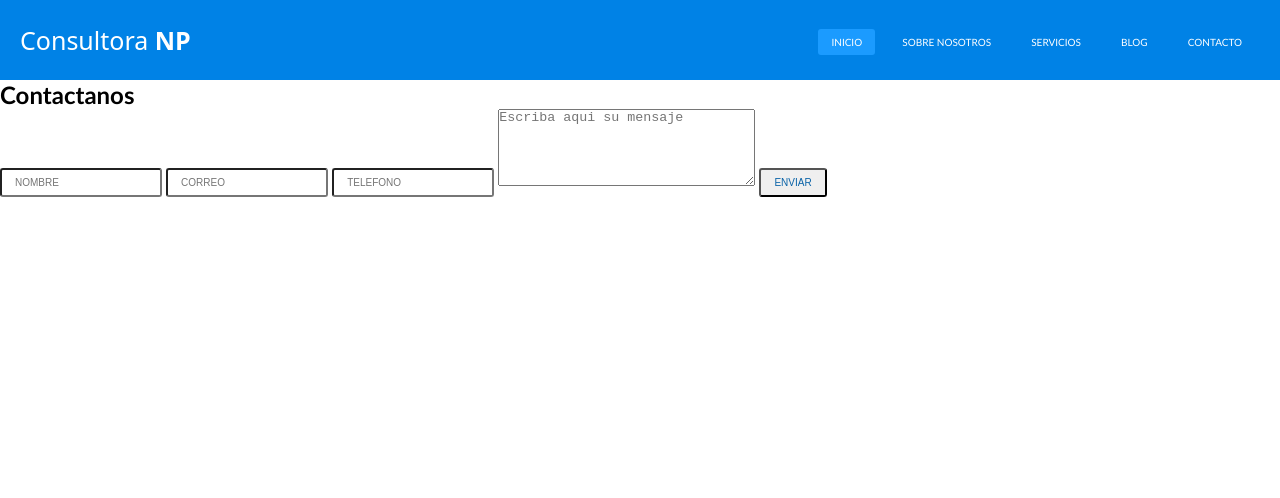
Repository: Batu120/pre-entrega2
Page: HTML/Contacto.html
The author's editor kept a copy of each file at every save. The page is drawn from the files as they stood at one save, then again after the next save.
The browser window is 1280 px wide. The pictures show the whole page.

Above is the page before, as saved 2022-11-02 15:11:23.

### HTML/Contacto.html
<!DOCTYPE html>
<html lang="en" dir="ltr">
<head>
    <meta charset="UTF-8">
    <meta http-equiv="X-UA-Compatible" content="IE=edge">
    <meta name="viewport" content="width=device-width, initial-scale=1.0">
    <title>2da Pre Entrega</title>
    <link rel="stylesheet" href="https://cdnjs.cloudflare.com/ajax/libs/font-awesome/4.7.0/css/font-awesome.min.css">
    <!-- CSS -->
    <link rel="stylesheet" href="../CSS/style.css">

</head>
<body>
    <nav>
        <input type="checkbox" id="check">
        <label for="check" class="checkbtn">
            <i style="font-size:24px" class="fa">&#xf0c9;</i>
        </label>
        <label class="logo">Consultora <label class="logo1">NP</label></label>
            <!-- Lista no ordenada -->
            <ul>
                <!-- Items / Menu -->
                <li><a class="active" href="/index.html">Inicio</a></li>
                <li><a href="/HTML/SobreNosotros.html">Sobre Nosotros</a></li>
                <li><a href="/HTML/Servicios.html">Servicios</a></li>
                <li><a href="/HTML/Blog.html">Blog</a></li>
                <li><a href="Contacto.html">Contacto</a></li>
            </ul>
    </nav>
    <form actiOn="">
        <h2>Contactanos</h2>
        <input type="text" name="Nombre" placeholder="Nombre">
        <input type="text" name="Correo" placeholder="Correo">
        <input type="text" name="Telefono" placeholder="Telefono">
        <textarea name="Mensaje" placeholder="Escriba aqui su mensaje" cols="30" rows="5"></textarea>
        <input type="button" value="ENVIAR" id="buton">
    </form>
</body>

### CSS/style.css
body {
    /* background: url(/IMG/background_body.jpeg);
    background-repeat: no-repeat;
    background-size: cover;
    background-position-x: center;
    background-position-y: center;
    background-position: center;
    height: auto;
    width: auto; */
    font-family:'Gill Sans', 'Gill Sans MT', Calibri, 'Trebuchet MS', sans-serif;
}
section{
    background: url(/IMG/background_body.jpeg);
    background-repeat: no-repeat;
    background-size: cover;
    background-position-x: center;
    background-position-y: center;
    background-position: center;
    height: auto;
    width: auto;
}

/* NAV BAR - LINKS- RESPONSIVE */
* {
    padding: 0;
    margin: 0;
    text-decoration: none;
    list-style: none;
    box-sizing: border-box;
}
nav {
    background: #0082e6;
    height: 80px;
    width: 100%;
}
/*  */
.logo{
    color: white;
    font-size: 25px;
    line-height: 80px;
    padding: 20px;
    font-weight:lighter;
    font-family:system-ui, -apple-system, BlinkMacSystemFont, 'Segoe UI', Roboto, Oxygen, Ubuntu, Cantarell, 'Open Sans', 'Helvetica Neue', sans-serif;
}
.logo1{
    color: white;
    font-weight: bold;
}
nav ul{
    float: right;
    margin-right: 20px;
    padding-top: 0%;
}
nav ul li{
    display: inline-block;
    line-height: 80px;
    margin: 0 5px;
}
nav ul li a{
    color: white;
    font-size: 10px;
    padding: 7px 13px;
    border-radius: 3px;
    text-transform: uppercase;

}
a.active,a:hover{
    background: #1b9bff;
    transition: .5s;
}
.checkbtn{
    font-size: 30px;
    color: white;
    float: right;
    line-height: 80px;
    margin-right: 30px;
    cursor: pointer;
    display: none;
}
#check{
    display: none;
}
/* PREUBA RESPONSIVE TEST */
@media (max-width: 853px){
    label.logo {
        font-size: 25px;
        padding-left: 50px;
    }
    nav ul li a{
        font-size: 18px;
    }
}
@media (max-width: 853px){
    .checkbtn{
        display:inline-block;
    }
    ul{
        position:absolute;
        width: 100%;
        height: 100vh;
        background: #2c3e50;
        top: 80px;
        left: -100%;
        text-align: center;
        transition: all .5s;
    }
    nav ul li{
        display: block;
        margin: 50px 0;
        line-height: 30px;
    }
    nav ul li a {
        font-size: 20px;
    }
        a:hover,a.active{
        background:none;
        color: #0082e6;
        }
        #check:checked ~ ul{
        left: 0;
        }
    }

    /* IMG PICTURES page front */
    .grid-container {
        display: grid;
        grid-template-columns: auto auto auto;
        justify-content: center;
    }
    .container-div{
        display: flex;
        flex-direction: column;
        flex-wrap: wrap;
        justify-content: center;
        text-align: center;
        margin: 10px;
        font-family: system-ui, -apple-system, BlinkMacSystemFont, 'Segoe UI', Roboto, Oxygen, Ubuntu, Cantarell, 'Open Sans', 'Helvetica Neue', sans-serif;
    }
    /* TITLE TEXT */
    h1{
        font-weight: bolder;
        font-family: Verdana, Geneva, Tahoma, sans-serif;
        display: inline-block;
        padding: 10px;
    }
    /* TEXT */
    p{
        margin: 20px;
        padding-left: 100px;
        padding-right: 100px;
        font-size: 10px;

    }
    /* NEWS FORM */
    .container-form{
        text-align: center;
        font-size: medium;
        background: #0862a7;
        height: 80px;
        width: 100%;
        padding: 10px;
    }
    input{
        color: #0862a7;
        font-size: 10px;
        padding: 7px 13px;
        border-radius: 3px;
        text-transform: uppercase;
    }
    .wallpaper {
        background-image: url(/IMG/consultoria_img.jpeg);
        background-repeat: no-repeat;
        background-size: cover;
        background-position: center;
        background-position-x: center;
        background-position-y: center;
        height: 400px;
    }
    .grid-container2 {
        display: grid;
        grid-template-columns: 1fr 1fr 1fr;
        grid-template-rows: 1fr 1fr;
        justify-content: center;
        gap: 12px 12px;
        padding-top: 30px;
        margin-left: 30px;
        margin-right: 30px;
        height: 400px;
        grid-template-areas:
            "Com-1 Com-2 Com-3"
            "Com-4 Com-5 Com-6";
    }
    .Com-1 {
        justify-self: center;
        align-self: center;
        grid-area: Com-1;
    }
    .Com-2 {
        justify-self: center;
        align-self: center;
        grid-area: Com-2;
    }
    .Com-3 {
        justify-self: center;
        align-self: center;
        grid-area: Com-3;
    }
    .Com-4 {
        justify-self: center;
        align-self: center;
        grid-area: Com-4;
    }
    .Com-5 {
        justify-self: center;
        align-self: center;
        grid-area: Com-5;
    }
    .Com-6 {
        justify-self: center;
        align-self: center;
        grid-area: Com-6;
    }
/*     @media screen (max-width:468px ){
        .grid-container2 {
            grid-template-areas:
            "Com-1"
            "Com-2"
            "Com-3"
            "Com-4"
            "Com-5"
            "Com-6";
        }
    } */

After the next save:
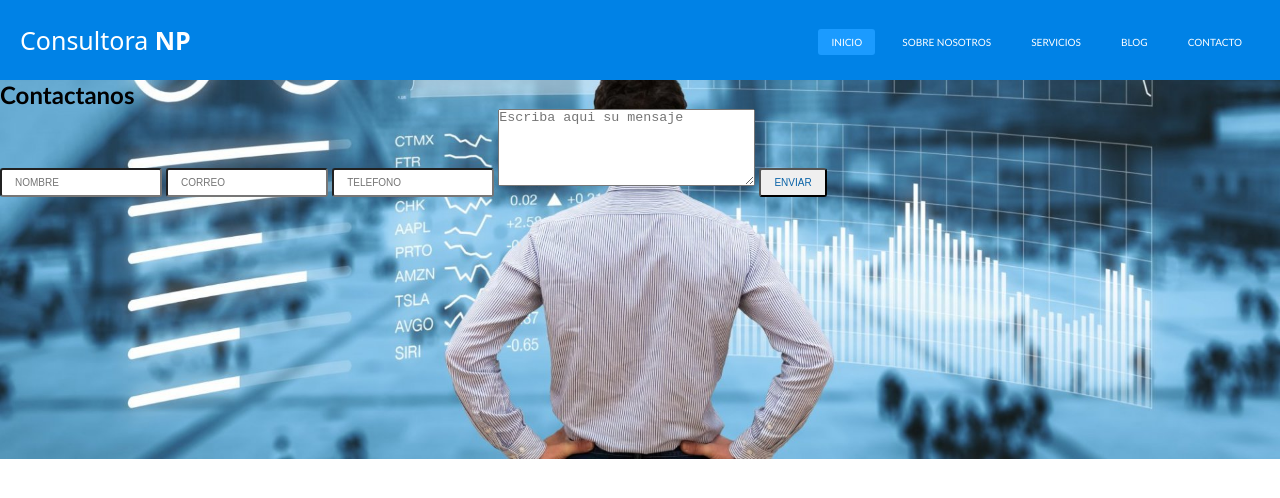
Saved 2 min 45 s later.
--- a/CSS/style.css
+++ b/CSS/style.css
@@ -1,15 +1,4 @@
 body {
-    /* background: url(/IMG/background_body.jpeg);
-    background-repeat: no-repeat;
-    background-size: cover;
-    background-position-x: center;
-    background-position-y: center;
-    background-position: center;
-    height: auto;
-    width: auto; */
-    font-family:'Gill Sans', 'Gill Sans MT', Calibri, 'Trebuchet MS', sans-serif;
-}
-section{
     background: url(/IMG/background_body.jpeg);
     background-repeat: no-repeat;
     background-size: cover;
@@ -18,7 +7,18 @@ section{
     background-position: center;
     height: auto;
     width: auto;
-}
+    font-family:'Gill Sans', 'Gill Sans MT', Calibri, 'Trebuchet MS', sans-serif;
+}
+/* section{
+    background: url(/IMG/background_body.jpeg);
+    background-repeat: no-repeat;
+    background-size: cover;
+    background-position-x: center;
+    background-position-y: center;
+    background-position: center;
+    height: auto;
+    width: auto;
+} */
 
 /* NAV BAR - LINKS- RESPONSIVE */
 * {
